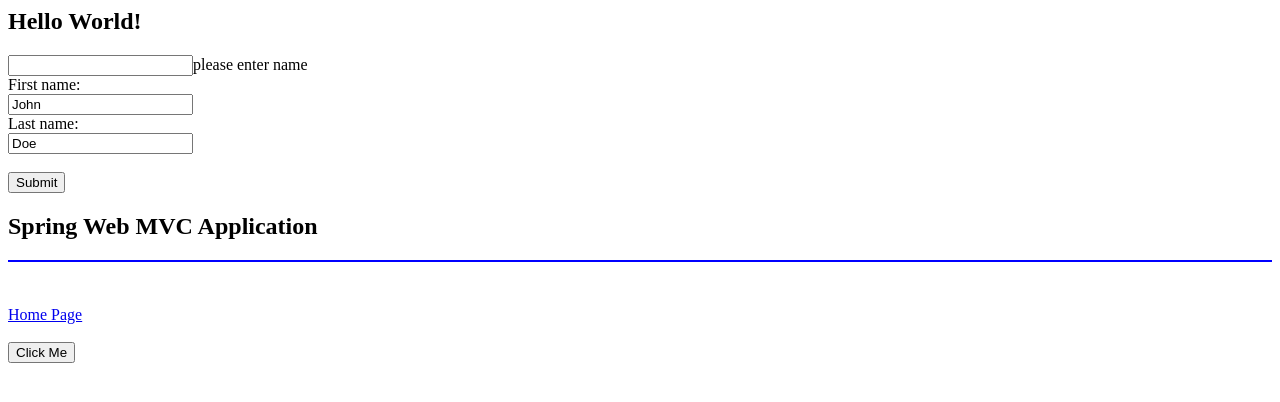
Repository: bharatiba/spring-training
Page: http://localhost/spring-web/
These files come from the project's save history. The page is drawn as it stood at one moment and after the next save; the edit follows.
The browser window is 1280 px wide. The pictures show the whole page.
The page is served by Tomcat 9.

Above is the page before, as saved 2022-03-01 11:05:03.

After the next save:
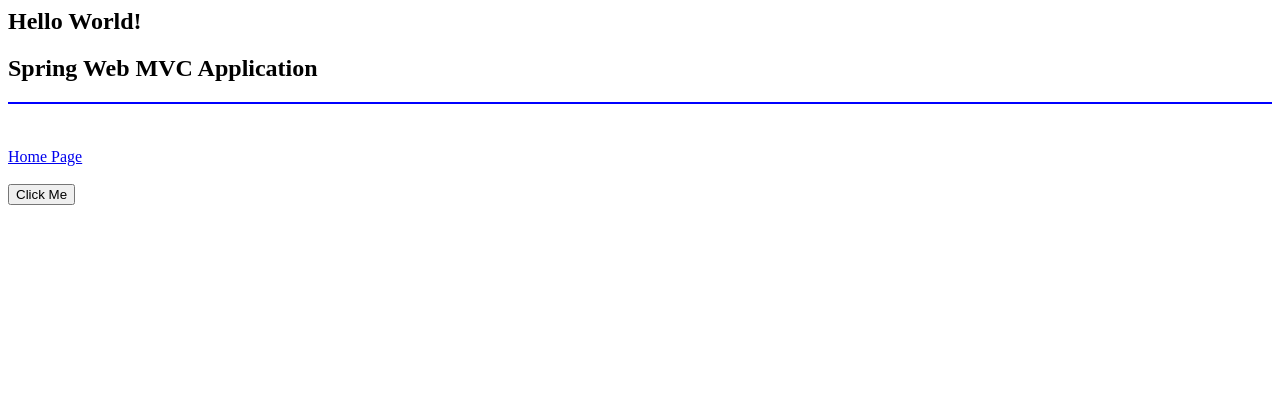
Saved 20 s later.
--- a/spring-web/src/main/webapp/index.jsp
+++ b/spring-web/src/main/webapp/index.jsp
@@ -2,17 +2,6 @@
 <body>
 <h2>Hello World!</h2>
 <div>
-
-<input>please enter name</input>
-
-
-<form action="/action_page.php">
-  <label for="fname">First name:</label><br>
-  <input type="text" id="fname" name="fname" value="John"><br>
-  <label for="lname">Last name:</label><br>
-  <input type="text" id="lname" name="lname" value="Doe"><br><br>
-  <input type="submit" value="Submit">
-</form>
 
 <h2>Spring Web MVC Application</h2>
 <hr color="blue">
